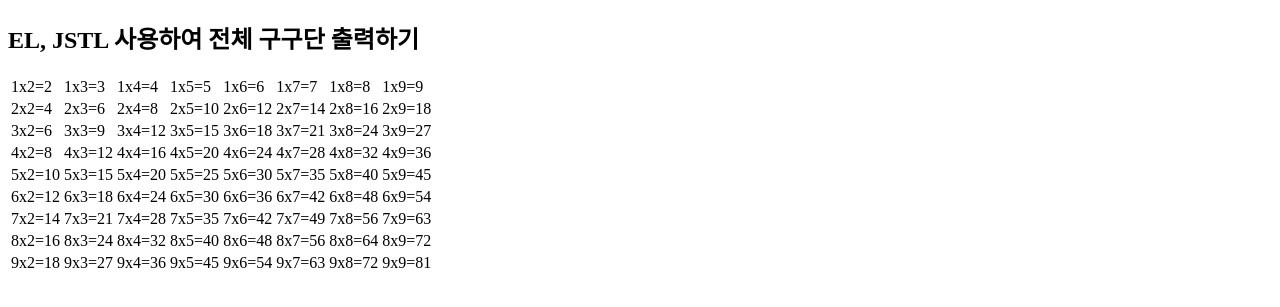
Repository: nobley3/EclipseIDE
Page: http://localhost/ELprj0908실습/quiz7
The author's editor kept a copy of each file at every save. The page is drawn from the files as they stood at one save, then again after the next save.
The browser window is 1280 px wide. The pictures show the whole page.
The page is served by Tomcat 9.

Above is the page before, as saved 2023-09-08 06:21:13.

After the next save:
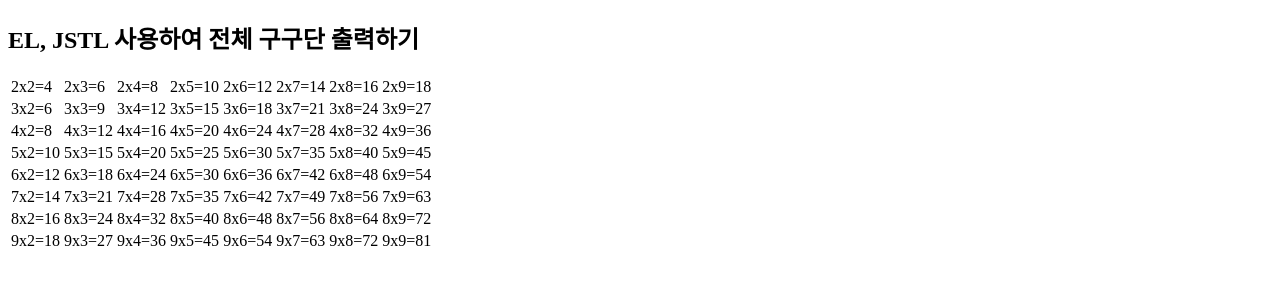
Saved 21 s later.
--- a/ELprj0908실습/src/main/webapp/WEB-INF/views/quiz7.jsp
+++ b/ELprj0908실습/src/main/webapp/WEB-INF/views/quiz7.jsp
@@ -11,7 +11,7 @@
 <h2>EL, JSTL 사용하여 전체 구구단 출력하기 </h2>
 
 <table>
-<c:forEach var="i" begin="1" end="9">
+<c:forEach var="i" begin="2" end="9">
 <tr>
 <c:forEach var="j" begin="2" end="9">
 

After the save that followed:
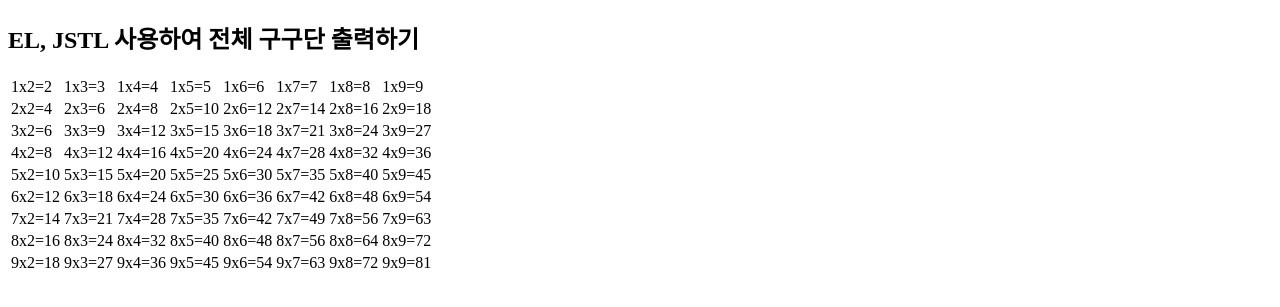
Saved 12 s later.
--- a/ELprj0908실습/src/main/webapp/WEB-INF/views/quiz7.jsp
+++ b/ELprj0908실습/src/main/webapp/WEB-INF/views/quiz7.jsp
@@ -11,7 +11,7 @@
 <h2>EL, JSTL 사용하여 전체 구구단 출력하기 </h2>
 
 <table>
-<c:forEach var="i" begin="2" end="9">
+<c:forEach var="i" begin="1" end="9">
 <tr>
 <c:forEach var="j" begin="2" end="9">
 
